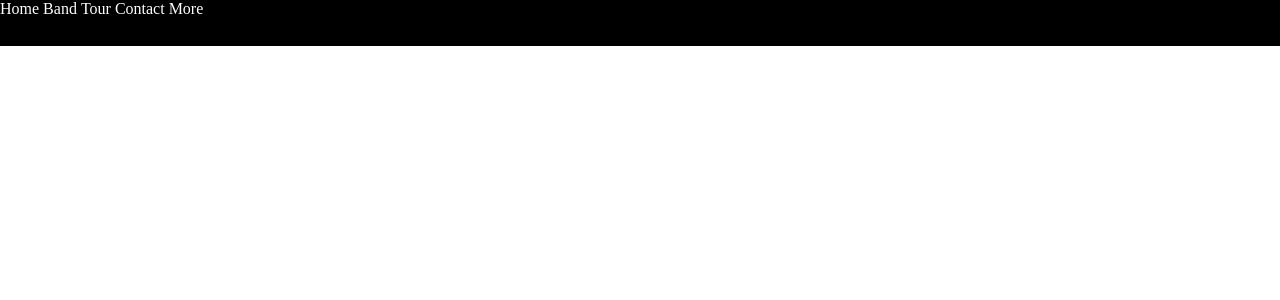
Repository: minhnguyennn/w3_band_music
Page: index.html
These files come from the project's save history. The page is drawn as it stood at one moment and after a run of saves; the edit follows.
The browser window is 1280 px wide. The pictures show the whole page.

Above is the page before, as saved 2023-02-17 15:10:07.

After the next 2 saves:
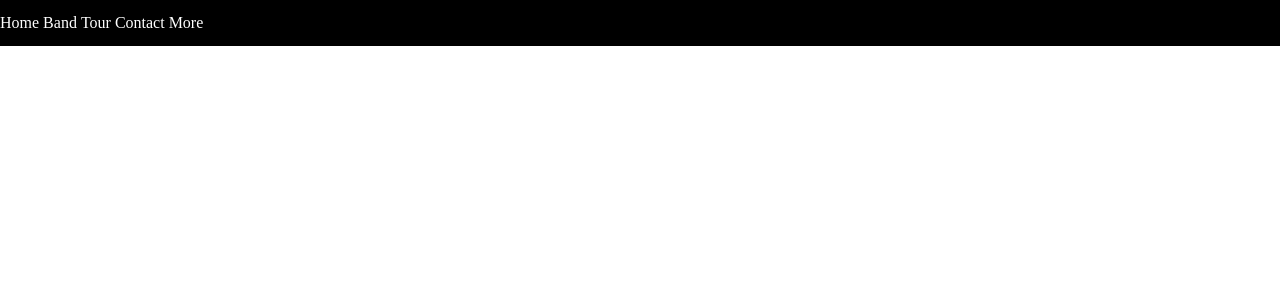
The 2 saves are shown as one change because they came seconds apart.
The last was saved 5 s later.
--- a/assets/css/style.css
+++ b/assets/css/style.css
@@ -25,7 +25,7 @@
 #nav li a {
     color: #fff;
     text-decoration: none;
-    line
+    line-height: 46px;
 }
 
 #nav .subnav {
